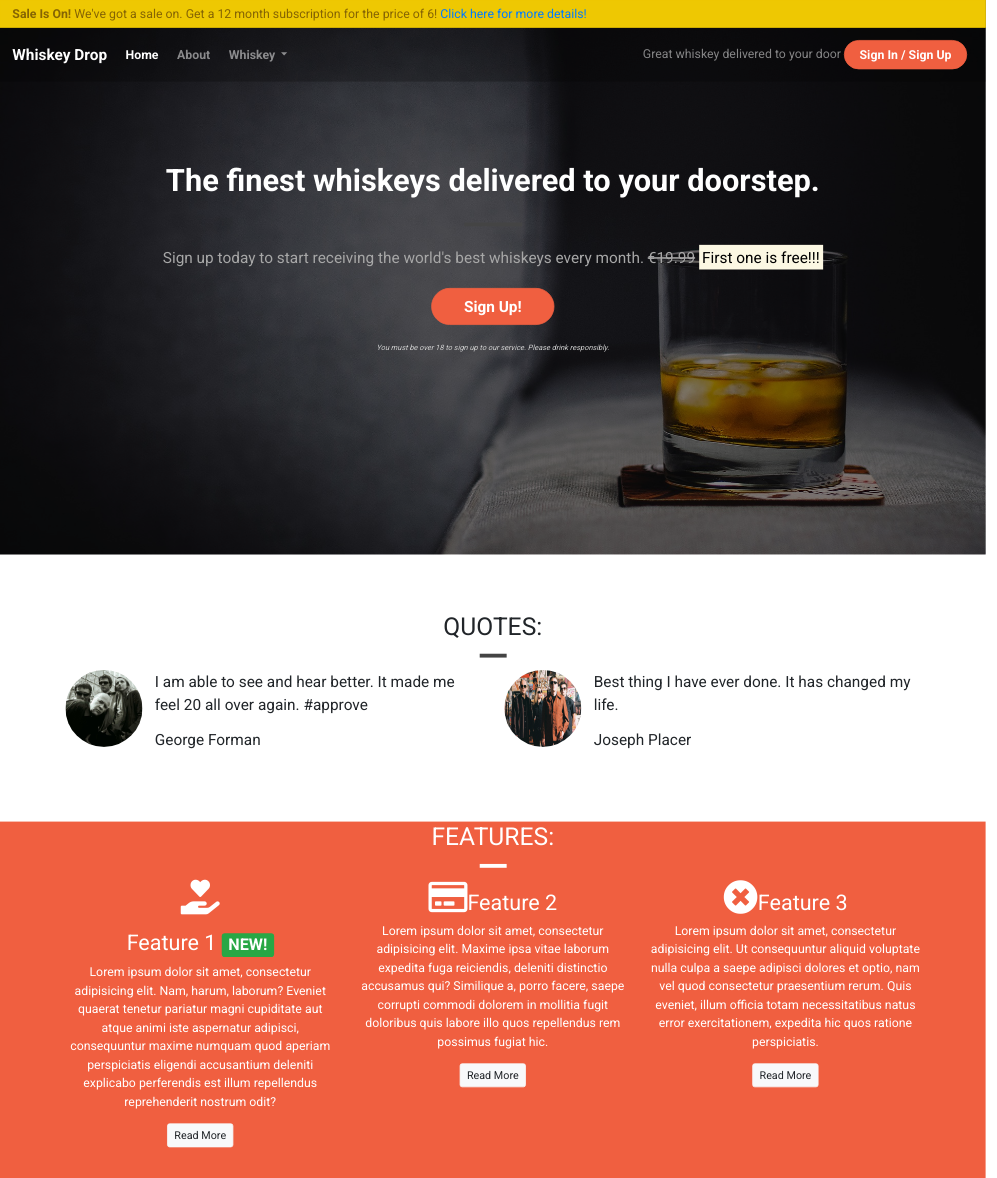
Repository: NamcorStudent/Dropdown-css
Page: bootstrap-whiskey/bootstrap.html
The author's editor kept a record of every edit. The page is drawn from the files as they stood at one moment, then again after the next edit.
The browser window is 1280 px wide. The page is 1295 px wide, so the pictures cover 1295 px, including what lies to the right of the window. The pictures show the whole page, at 77% of full size.
Backgrounds fixed to the window are drawn as part of the page. Some web libraries are served in a nearby version.

Above is the page before.
Console error: TypeError: Cannot read properties of undefined (reading 'fn')

### bootstrap-whiskey/bootstrap.html
<!DOCTYPE html>
<html lang="en">

<head>
    <meta charset="UTF-8">
    <meta name="viewport" content="width=device-width, initial-scale=1.0">
    <meta http-equiv="X-UA-Compatible" content="ie=edge">
    <link rel="stylesheet" href="https://stackpath.bootstrapcdn.com/bootstrap/4.1.3/css/bootstrap.min.css" integrity="sha384-MCw98/SFnGE8fJT3GXwEOngsV7Zt27NXFoaoApmYm81iuXoPkFOJwJ8ERdknLPMO" crossorigin="anonymous">
    <script src="https://stackpath.bootstrapcdn.com/bootstrap/4.1.3/js/bootstrap.min.js" integrity="sha384-ChfqqxuZUCnJSK3+MXmPNIyE6ZbWh2IMqE241rYiqJxyMiZ6OW/JmZQ5stwEULTy" crossorigin="anonymous"></script>
    <link href="https://fonts.googleapis.com/css?family=Roboto:400,700&display=swap" rel="stylesheet">
    <link rel="stylesheet" href="bootstrap.css" type="text/css" />
    <link rel="stylesheet" href="https://use.fontawesome.com/releases/v5.6.1/css/all.css" integrity="sha384-gfdkjb5BdAXd+lj+gudLWI+BXq4IuLW5IT+brZEZsLFm++aCMlF1V92rMkPaX4PP" crossorigin="anonymous">
    <title>Whiskey Drop | Taste a new whiskey every month</title>
</head>

<body>
    <div class="container-fluid navalert-container">
        <div class="container-fluid alert-container">
            <div class="row d-none d-sm-block">
                <div class="col-12">
                    <div class="alert alert-warning site-wide-alert"><strong>Sale Is On!</strong> We've got a sale on. Get a 12 month subscription for the price of 6!
                        <a href="">Click here for more details!</a>
                    </div>
                </div>
            </div>
        </div>
        <nav class="navbar navbar-dark navbar-expand-sm">
            <a href="/logo" class="navbar-brand">Whiskey Drop</a>
            <button class="navbar-toggler" type="button" data-toggle="collapse" data-target="#navbarTogglerDropdown" aria-controls="navbarTogglerDemo02" aria-expanded="false" aria-label="Toggle navigation">
            <span class="navbar-toggler-icon"></span>
            </button>

            <div class="collapse navbar-collapse" id="navbarTogglerDropdown">
                <ul class="navbar-nav mr-auto">
                    <li class="active nav-item mr-2"><a href="/home" class="nav-link">Home</a></li>
                    <li class="nav-item mr-2"><a href="/about" class="nav-link">About</a></li>
                    <li class="nav-item mr-2 dropdown">
                        <a class="nav-link dropdown-toggle" href="#" id="navbarDropdown" role="button" data-toggle="dropdown" aria-haspopup="true" aria-expanded="false">
                       Whiskey
                    </a>
                        <div class="dropdown-menu" aria-labelledby="navbarDropdown">
                            <a class="dropdown-item" href="#">Irish</a>
                            <a class="dropdown-item" href="#">Rakija</a>
                            <a class="dropdown-item" href="#">Palinka</a>
                            <a class="dropdown-item" href="#">Moonshine</a>
                        </div>
                        <li class="nav-item mr-2 d-block d-md-none"><a href="/SignIn" class="nav-link">Sign In / Sign Up</a></li>
                </ul>
            </div>
            <div class="d-none d-md-block">
                <p class="navbar-text my-auto mr-2">Great whiskey delivered to your door <a href="/login" class=" btn btn-cta btn--red">Sign In / Sign Up</a></p>
            </div>
        </nav>
    </div>


    <!-----CALLOUT----->
    <div class="containter-fluid callout-container">
        <section class="callout jumbotron text-center">
            <div class="row">
                <div class="opaque-overlay">&nbsp</div>
                <div class="col-12">
                    <h1 class="jumbotron-header">The finest whiskeys delivered to your doorstep.</h1>
                    <hr class="block-divider block-devider--orange">
                    <p class="lead">Sign up today to start receiving the world's best whiskeys every month.
                        <s class="d-none d-sm-inline">€19.99</s>
                        <span class="d-inline d-sm-none"><br></span>
                        <strong><mark>First one is free!!!</mark></strong></p>
                    <p><button class="btn btn-lg btn-cta btn--red" data-toggle="modal" data-target="#signUpModal">Sign Up!</button></p>
                    <p class="text-muted"><small>You must be over 18 to sign up to our service. Please drink responsibly.</small></p>
                </div>
            </div>
        </section>
    </div>
    <!-----QUOTES----->
    <div class="container-wrapper">
        <div class="container quotes-container content-container">
            <section class="quotes">
                <div class="row">
                    <div class="col-12 page-header">
                        <h2 class="text-uppercase">Quotes:</h2>
                        <hr class="block-divider block-divider--short">
                    </div>
                </div>
                <div class="row">
                    <div class="col-12 col-md-6">
                        <div class="media">
                            <div class="d-none d-sm-block ">
                                <img src="../images/quote-one.jpg" class="rounded-circle mr-3" height=100 width=100/>
                            </div>
                            <div class="media-body">
                                <blockquote class="blockquote">
                                    <p>I am able to see and hear better. It made me feel 20 all over again. #approve</p>
                                    <p>George Forman</p>
                                </blockquote>
                            </div>
                        </div>
                    </div>
                    <div class="col-12 col-md-6">
                        <div class="media">
                            <div class="d-none d-sm-block">
                                <img src="../images/quote-two.jpg" class="rounded-circle mr-3" height=100 width=100/>
                            </div>
                            <div class="media-body">
                                <blockquote class="blockquote">
                                    <p>Best thing I have ever done. It has changed my life.</p>
                                    <p>Joseph Placer</p>
                                </blockquote>
                            </div>
                        </div>
                    </div>
                </div>
            </section>
        </div>
    </div>

    <!-----FEATURES----->
    <div class="container-wrapper container-wrapper--red">
        <div class="container features-container content-conteiner">
            <section class="features">
                <div class="row">
                    <div class="col-12 page-header">
                        <h2 class="text-uppercase">Features:</h2>
                        <hr class="block-divider block-divider--short block-divider--white">
                    </div>
                </div>
                <div class="row">
                    <div class="col-12 col-md-6 col-lg-4">
                        <div class="feature">
                            <h3><i class="fas fa-hand-holding-heart d-none d-sm-block"></i>Feature 1 <span class="badge badge-success">NEW!</span></h3>
                            <p>Lorem ipsum dolor sit amet, consectetur adipisicing elit. Nam, harum, laborum? Eveniet quaerat tenetur pariatur magni cupiditate aut atque animi iste aspernatur adipisci, consequuntur maxime numquam quod aperiam perspiciatis
                                eligendi accusantium deleniti explicabo perferendis est illum repellendus reprehenderit nostrum odit?</p>
                            <p><a href="#" class="btn btn-sm btn-light">Read More</a></p>
                        </div>
                    </div>
                    <div class="col-12 col-md-6 col-lg-4">
                        <div class="feature">
                            <h3><i class="far fa-credit-card d-none d-sm-inline"></i>Feature 2</h3>
                            <p>Lorem ipsum dolor sit amet, consectetur adipisicing elit. Maxime ipsa vitae laborum expedita fuga reiciendis, deleniti distinctio accusamus qui? Similique a, porro facere, saepe corrupti commodi dolorem in mollitia fugit doloribus
                                quis labore illo quos repellendus rem possimus fugiat hic.</p>
                            <p><a href="#" class="btn btn-sm btn-light">Read More</a></p>
                        </div>
                    </div>
                    <div class="col-12 d-md-none d-lg-block col-lg-4">
                        <div class="feature">
                            <h3><i class="fas fa-times-circle d-none d-sm-inline"></i>Feature 3</h3>
                            <p>Lorem ipsum dolor sit amet, consectetur adipisicing elit. Ut consequuntur aliquid voluptate nulla culpa a saepe adipisci dolores et optio, nam vel quod consectetur praesentium rerum. Quis eveniet, illum officia totam necessitatibus
                                natus error exercitationem, expedita hic quos ratione perspiciatis.</p>
                            <p><a href="#" class="btn btn-sm btn-light">Read More</a></p>
                        </div>
                    </div>
                </div>
            </section>
        </div>
    </div>

    <div class="modal" tabindex="-1" role="dialog" id="signUpModal">
        <div class="modal-dialog" role="document">
            <div class="modal-content">
                <div class="modal-header">
                    <h5 class="modal-title">Sign Up for Whiskey Drrop today</h5>
                    <button type="button" class="close" data-dismiss="modal" aria-label="Close">
          <span aria-hidden="true">&times;</span>
        </button>
                </div>
                <div class="modal-body">
                    <form>
                        <div class="form-group">
                            <label for="exampleInputEmail1">Email address</label>
                            <input type="email" class="form-control" id="exampleInputEmail1" aria-describedby="emailHelp" placeholder="Enter email">
                            <small id="emailHelp" class="form-text text-muted">We'll never share your email with anyone else.</small>
                        </div>
                        <div class="form-group">
                            <label for="password">Password</label>
                            <input type="password" class="form-control" id="password" placeholder="Password">
                        </div>
                        <div class="form-group">
                            <label for="repeatPassword">Repeat Password</label>
                            <input type="password" class="form-control" id="repeatPassword" placeholder="Repeat Password">
                        </div>
                        <button type="submit" class="btn btn-success">Submit</button>
                    </form>
                </div>

            </div>
        </div>
    </div>

    <script src="https://code.jquery.com/jquery-3.3.1.slim.min.js" integrity="sha384-q8i/X+965DzO0rT7abK41JStQIAqVgRVzpbzo5smXKp4YfRvH+8abtTE1Pi6jizo" crossorigin="anonymous"></script>
    <script src="https://cdnjs.cloudflare.com/ajax/libs/popper.js/1.14.7/umd/popper.min.js" integrity="sha384-UO2eT0CpHqdSJQ6hJty5KVphtPhzWj9WO1clHTMGa3JDZwrnQq4sF86dIHNDz0W1" crossorigin="anonymous"></script>
    <script src="https://stackpath.bootstrapcdn.com/bootstrap/4.3.1/js/bootstrap.min.js" integrity="sha384-JjSmVgyd0p3pXB1rRibZUAYoIIy6OrQ6VrjIEaFf/nJGzIxFDsf4x0xIM+B07jRM" crossorigin="anonymous"></script>
</body>

</html>

### bootstrap-whiskey/bootstrap.css
body {
    font-family: 'Roboto', sans-serif;
}

/*Navigation*/

.navalert-container{
    position: absolute;
    top: 0;
    left: 0;
    padding-left: 0;
    padding-right: 0;
    z-index: 1;
}

.navbar{
    margin-bottom: 0;
    border: 0;
    width: 100%;
    background-color: rgba(0,0,0,0.25);
}

.navbar .navbar-toggler{
    border: 0;
}

.navbar-dark .navbar-brand {
     font-weight: bold;
}

.navbar .navbar-nav a{
    font-weight: bold;
}

.alert-container {
    padding-left: 0;
    padding-right: 0;
}

.site-wide-alert{
    border-radius: 0;
    margin-bottom: 0;
    padding: 5px 15px;
    background-color: #eec802;
    border-color: #eec802;
}

.callout-container {
    height: 100vh;
    position: relative;

    background: url(../images/whiskey-background.jpg) no-repeat bottom right fixed;
    -webkit-background-size: cover;
    -moz-background-size: cover;
    -o-background-size: cover;
    background-size: cover;

    display: flex;
    align-items: center;
    justify-content: center;
}

.opaque-overlay{
    top: 0;
    left: 0;
    height: 100%;
    width: 100%;
    position: absolute;
    background-color: rgba(0,0,0,0.5);
}

.quotes-container {}

.features-container {}

/*Jumbotron*/
.jumbotron{
    background-color: transparent;
}

.jumbotron .lead{
    margin: 25px 0;
    color: #a7a7a7;

}

.jumbotron small{
    font-size: 60%;
    font-style: italic;
    color: #d0d0d0;
}

/*Block Dviders*/

.block-divider{
    height: 5px;
    width: 75px;
    border: 0;
    background-color: #444;
}

.block-divider--orange{
    background-color: #f05f40;
}

.block-divider--short{
    width: 35px;
}

.block-divider--white{
    background-color: white;
}

/*Headers*/
.jumbotron-header{
    color: white;
    font-weight: bold;
    margin-bottom: 30px;
}

.page-header{
    margin-bottom: 0;
    border-bottom: 0;
    text-align: center;
}

.page-header h2{
    margin-top: 0;
}

/*Buttons*/

.btn-cta{
    width: 160px;
    border-radius: 26px;
    font-weight: bold;
}

.btn--red{
    background-color: #f05f40;
    border-color: #f05f40;
    color: white;
}

.btn--red:hover,
.btn--red:active,
.btn--red:focus,
.btn--red:active:focus {
    background-color: #df4929;
    border-color: #df4929;
}

/*Content containers*/
.content-container{
    padding-top: 75px;
    padding-bottom: 75px;
}

.container-wrapper{}

.container-wrapper--red{
    background-color: #f05f40;
    color: white;
}

.feature{
    text-align: center;
    margin-bottom: 40px;
}

.feature i{
    margin-bottom: 20px;
    font-size: 45px;
    line-height: 45px;
}

After the next edit:
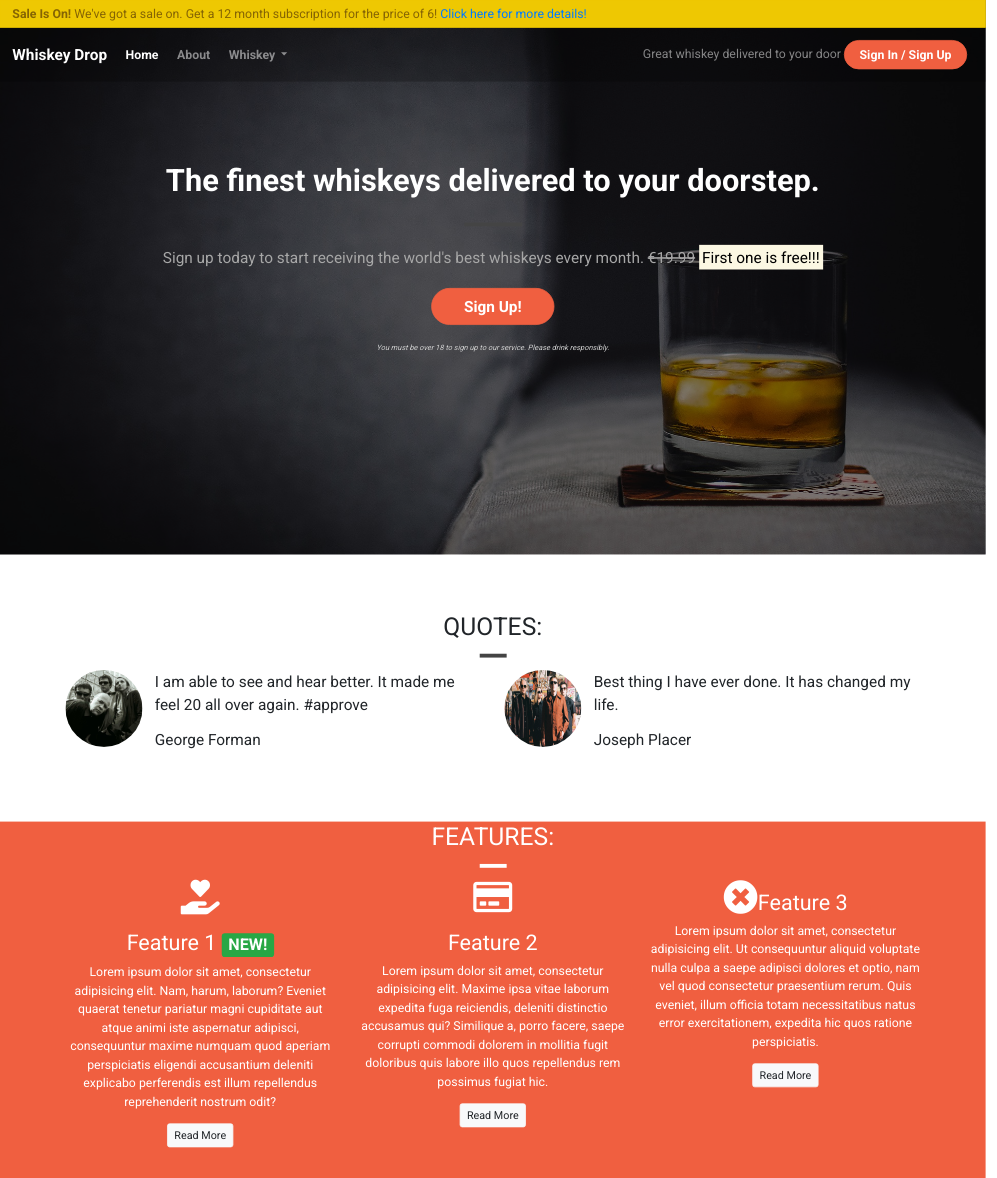
The edit:
--- a/bootstrap-whiskey/bootstrap.html
+++ b/bootstrap-whiskey/bootstrap.html
@@ -135,7 +135,7 @@
                     </div>
                     <div class="col-12 col-md-6 col-lg-4">
                         <div class="feature">
-                            <h3><i class="far fa-credit-card d-none d-sm-inline"></i>Feature 2</h3>
+                            <h3><i class="far fa-credit-card d-none d-sm-block"></i>Feature 2</h3>
                             <p>Lorem ipsum dolor sit amet, consectetur adipisicing elit. Maxime ipsa vitae laborum expedita fuga reiciendis, deleniti distinctio accusamus qui? Similique a, porro facere, saepe corrupti commodi dolorem in mollitia fugit doloribus
                                 quis labore illo quos repellendus rem possimus fugiat hic.</p>
                             <p><a href="#" class="btn btn-sm btn-light">Read More</a></p>
